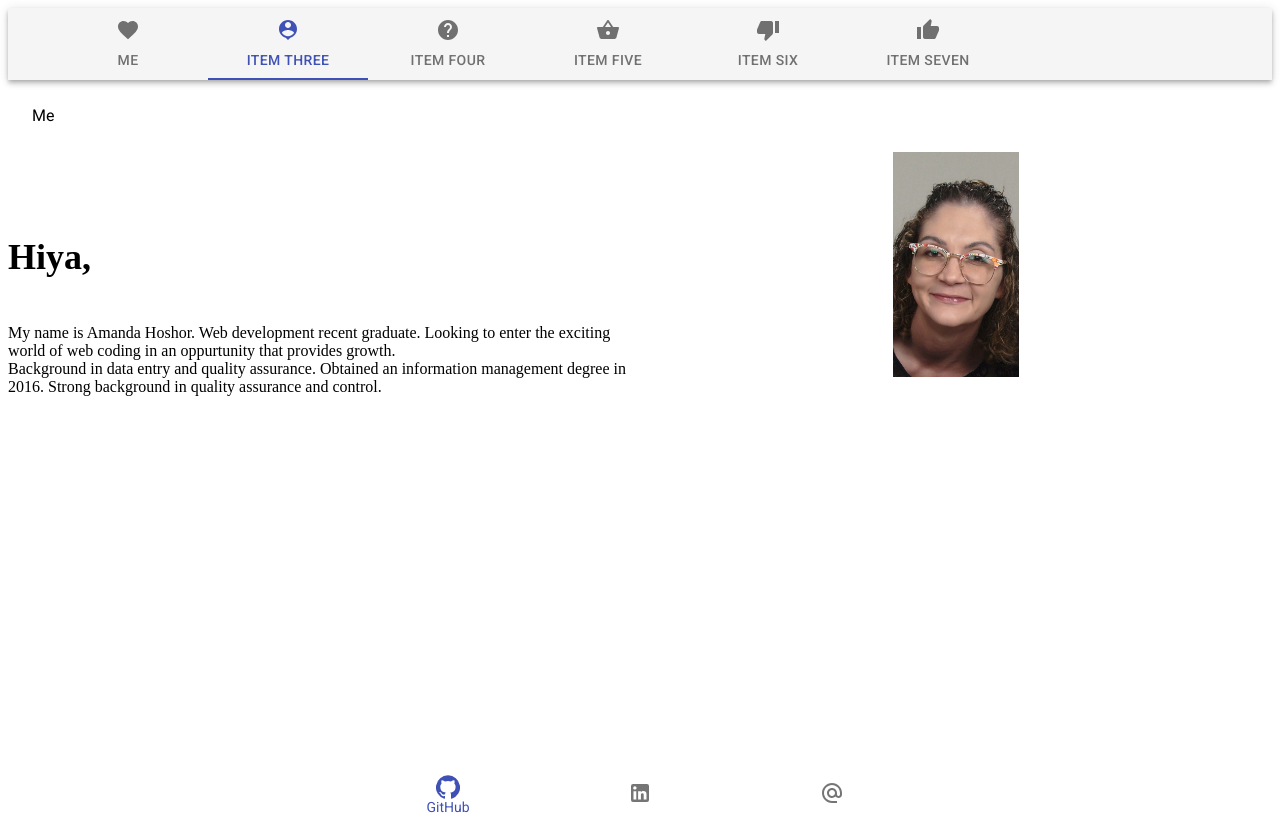
Repository: mandahos/hoshor
Page: /
These files come from the project's save history. The page is drawn as it stood at one moment and after the next save; the edit follows.
The browser window is 1280 px wide. The pictures show the whole page.
The project was rebuilt for these pictures with package versions that can differ from the ones it lists, and the page was loaded fresh each time. Also part of the build but not shown: src/components/Portfolio/index.js, src/components/Resume/index.js. Imported but missing from the stored project, and not drawn on this page: src/assets/resume/Amanda_Hoshor_Resume.PDF, src/assets/resume/Resume_Hoshor (1).pdf.

Above is the page before, as saved 2021-08-19 21:45:53.

After the next save:
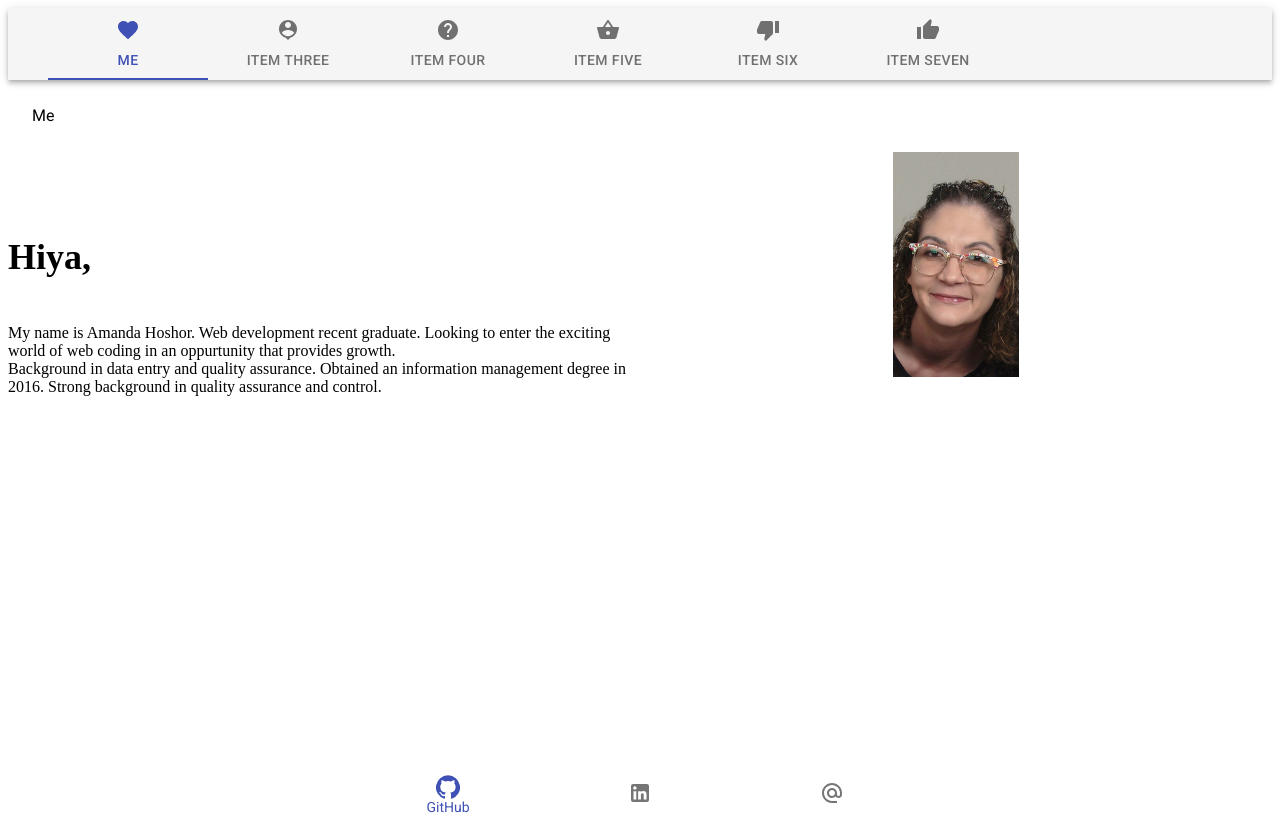
Saved 10 s later.
--- a/src/components/Navigation/index.js
+++ b/src/components/Navigation/index.js
@@ -69,7 +69,7 @@ export default function ScrollableTabsButtonForce() {
     <div className={classes.root}>
       <AppBar position="static" color="default">
         <Tabs
-          value={1}
+          value={0}
           onChange={handleChange}
           variant="scrollable"
           scrollButtons="on"
